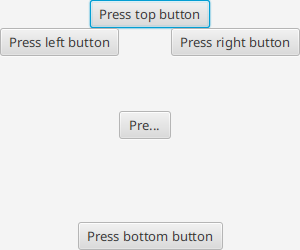
Repository: AdrChacon/CircuitDesigner
Program's window: java CircuitDesigner/src/interfaz/Test.java
An editor plug-in stored every save of this project. The program's window is shown before and after the next save, followed by the edit.
It runs on Java 21 on a 1366 x 768 screen with JavaFX 11; the title bar is not drawn.

Above is the program's window before, as saved 2019-09-22 06:34:13.

### CircuitDesigner/src/interfaz/Test.java
package interfaz;

import javafx.application.Application;
import javafx.event.ActionEvent;
import javafx.event.EventHandler;
import javafx.geometry.Pos;
import javafx.scene.Scene;
import javafx.scene.control.Button;
import javafx.scene.layout.BorderPane;
import javafx.scene.layout.HBox;
import javafx.scene.layout.StackPane;
import javafx.scene.layout.VBox;
import javafx.stage.Stage;

public class Test extends Application{

	public static void main(String[] args) {
		launch(args);
	}

	@Override
	public void start(Stage primaryStage) throws Exception {
		primaryStage.setTitle("Testing");

		Button cButton = new Button();
		cButton.setText("Press center button");
		cButton.setOnAction(e -> System.out.println("Hello, I'm at the center"));

		Button bButton = new Button();
		bButton.setText("Press bottom button");
		bButton.setOnAction(e -> System.out.println("Hello, I'm at the bottom"));

		Button tButton = new Button();
		tButton.setText("Press top button");
		tButton.setOnAction(e -> System.out.println("Hello, I'm at the top"));

		Button lButton = new Button();
		lButton.setText("Press left button");
		lButton.setOnAction(e -> System.out.println("Hello, I'm at the left"));

		Button rButton = new Button();
		rButton.setText("Press right button");
		rButton.setOnAction(e -> System.out.println("Hello, I'm at the right"));

		BorderPane layout = new BorderPane();
		StackPane bottom = new StackPane();
		StackPane Top = new StackPane();
		VBox Right = new VBox();
		HBox Left = new HBox();
		StackPane center = new StackPane();

		layout.setPrefSize(1600, 1600);

		layout.setTop(Top);
		layout.setBottom(bottom);
		layout.setRight(Right);
		layout.setLeft(Left);
		layout.setCenter(center);

		center.getChildren().add(cButton);
		Top.getChildren().add(tButton);
		bottom.getChildren().add(bButton);
		Right.getChildren().add(rButton);
		Left.getChildren().add(lButton);

		layout.setAlignment(bottom, Pos.CENTER);
		layout.setAlignment(center, Pos.CENTER);
		layout.setAlignment(Top, Pos.CENTER);
		layout.setAlignment(Right, Pos.CENTER);
		layout.setAlignment(Left, Pos.CENTER);

		Scene scene = new Scene(layout, 300, 250);
		primaryStage.setScene(scene);
		primaryStage.show();
	}



}

After the next save:
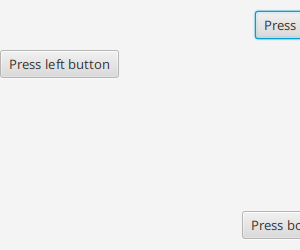
Saved 2 min 22 s later.
--- a/CircuitDesigner/src/interfaz/Test.java
+++ b/CircuitDesigner/src/interfaz/Test.java
@@ -49,7 +49,11 @@
 		HBox Left = new HBox();
 		StackPane center = new StackPane();
 
-		layout.setPrefSize(1600, 1600);
+		Top.setPrefSize(800,50);
+		bottom.setPrefSize(800, 50);
+		Left.setPrefSize(300,600);
+		Right.setPrefSize(300, 600);
+		center.setPrefSize(600, 600);
 
 		layout.setTop(Top);
 		layout.setBottom(bottom);
